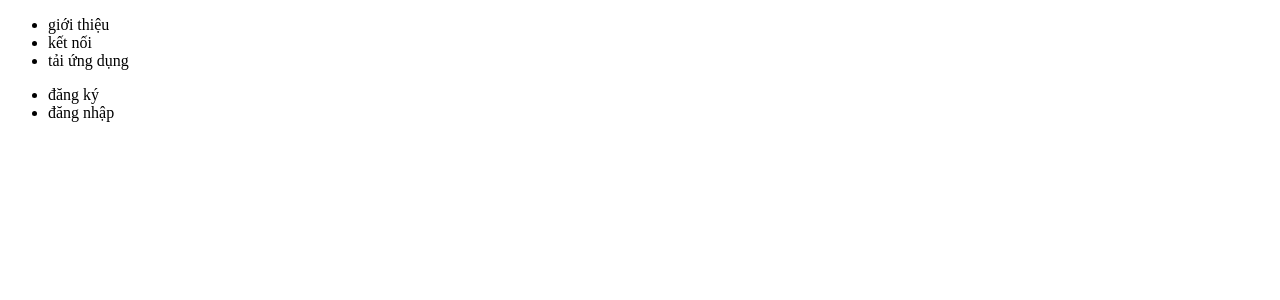
Repository: tuyencoder55/clone-shoppe
Page: index.html
The author's editor kept a copy of each file at every save. The page is drawn from the files as they stood at one save, then again after the next save.
The browser window is 1280 px wide. The pictures show the whole page.

Above is the page before, as saved 2024-06-19 10:58:36.

After the next save:
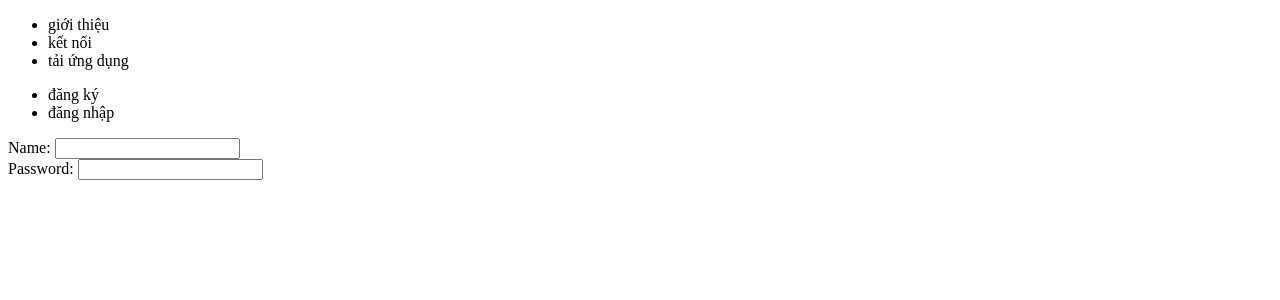
Saved 4 min 4 s later.
--- a/index.html
+++ b/index.html
@@ -18,5 +18,19 @@
         <li class="nav-item">đăng nhập</li>
       </ul>
     </div>
+
+    <!-- form layout -->
+    <div class="form-container">
+        <form action="form">
+            <div class="form__row">
+                <label for="name" class="form__label">Name:</label>
+                <input type="text" class="form__input">
+            </div>
+            <div class="form__row">
+                <label for="password" class="form__label">Password:</label>
+                <input type="text" class="form__input">
+            </div>
+        </form>
+    </div>
   </body>
 </html>
